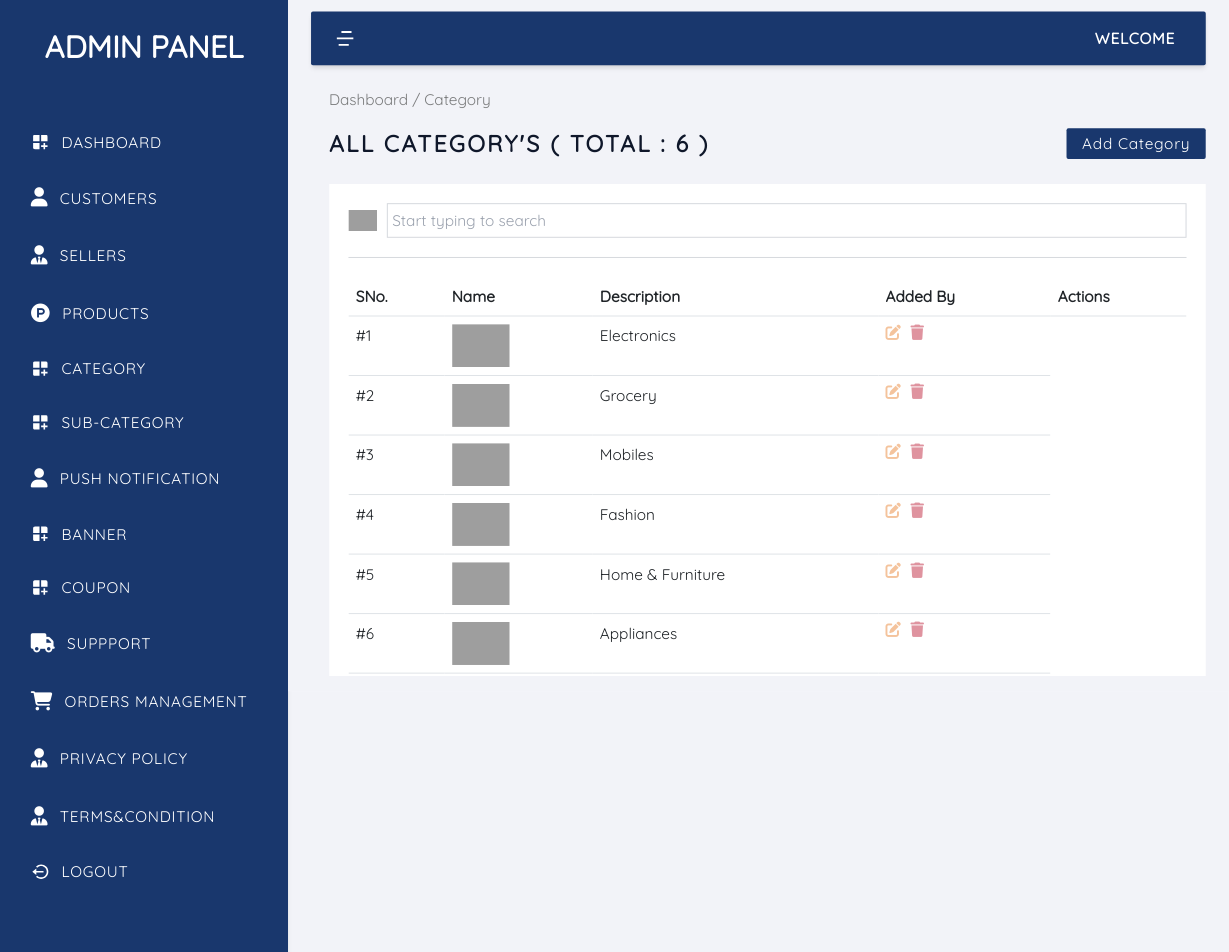
Repository: shishpal2000/admin.aschpro
Page: /Category
These files come from the project's save history. The page is drawn as it stood at one moment and after the next save; the edit follows.
The browser window is 1280 px wide. The pictures show the whole page, at 96% of full size.
Pictures or frames that could not be fetched are drawn as grey boxes. An inner scrolling area shows only its first screen. Some web libraries are served in a nearby version. The project was rebuilt for these pictures with package versions that can differ from the ones it lists, and the page was loaded fresh each time. Also part of the build but not shown: src/E-CommerceAdmin/forms/Login.jsx, src/E-CommerceAdmin/pages/Dashboard.jsx, src/E-CommerceAdmin/pages/EProduct.js, src/E-CommerceAdmin/pages/EVendorList.js, src/E-CommerceAdmin/pages/EAdminOrders.js, src/E-CommerceAdmin/pages/EAdminDelivery.js, src/E-CommerceAdmin/pages/EAdminCustomer.js, src/E-CommerceAdmin/pages/ESubCategory.js and 6 more. Imported but missing from the stored project, and not drawn on this page: src/E-CommerceAdmin/pages/Complaints, src/E-CommerceAdmin/pages/Component/SpinnerComp, src/E-CommerceAdmin/pages/EAdmin, src/E-CommerceAdmin/pages/EAdminProduct, src/E-CommerceAdmin/pages/ESingleProduct, src/E-CommerceAdmin/pages/GetMeThis, src/E-CommerceAdmin/pages/HelpSupport.

Above is the page before, as saved 2023-06-28 16:30:32.

### public/index.html
<!-- @format -->

<!DOCTYPE html>
<html lang="en">
  <head>
    <meta charset="utf-8" />
    <meta name="viewport" content="width=device-width, initial-scale=1" />
    <meta name="theme-color" content="#000000" />
    <meta
      name="description"
      content="Web site created using create-react-app"
    />
    <link rel="icon" href="%PUBLIC_URL%/favicon.png" />
    <link rel="manifest" href="%PUBLIC_URL%/manifest.json" />
    <link rel="preconnect" href="https://fonts.googleapis.com" />
    <link rel="preconnect" href="https://fonts.gstatic.com" crossorigin />
    <link
      href="https://fonts.googleapis.com/css2?family=Roboto+Mono:ital,wght@1,300&display=swap"
      rel="stylesheet"
    />
    <link rel="preconnect" href="https://fonts.googleapis.com">
<link rel="preconnect" href="https://fonts.gstatic.com" crossorigin>
<link href="https://fonts.googleapis.com/css2?family=Quicksand&display=swap" rel="stylesheet">
    <title>Subharambh</title>
  </head>
  <body>
    <noscript>You need to enable JavaScript to run this app.</noscript>
    <div id="root"></div>
    <script src="https://code.jquery.com/jquery-3.6.0.min.js"></script>
    <script
      src="https://kit.fontawesome.com/b533b351e4.js"
      crossorigin="anonymous"
    ></script>
    <script
      type="module"
      src="https://unpkg.com/ionicons@7.1.0/dist/ionicons/ionicons.esm.js"
    ></script>
    <script
      nomodule
      src="https://unpkg.com/ionicons@7.1.0/dist/ionicons/ionicons.js"
    ></script>
  </body>
</html>

### src/E-CommerceAdmin/pages/ECategory.js
/** @format */

import React, { useEffect, useState } from "react";
import HOC from "../layout/HOC";
import {
  Table,
  Modal,
  Form,
  Button,
  FloatingLabel,
  Alert,
} from "react-bootstrap";

const ECategory = () => {
  const [modalShow, setModalShow] = React.useState(false);
  const [edit, setEdit] = useState("");

  const data = [
    {
      img : "https://rukminim1.flixcart.com/flap/128/128/image/69c6589653afdb9a.png?q=100" ,
      name : "Electronics"
    },
    {
      img : "https://rukminim1.flixcart.com/flap/128/128/image/29327f40e9c4d26b.png?q=100" ,
      name : "Grocery"
    },
    {
      img : "https://rukminim1.flixcart.com/flap/128/128/image/22fddf3c7da4c4f4.png?q=100" ,
      name : "Mobiles"
    },
    {
      img : "https://rukminim1.flixcart.com/fk-p-flap/128/128/image/0d75b34f7d8fbcb3.png?q=100" ,
      name : "Fashion"
    },
    {
      img : "https://rukminim1.flixcart.com/flap/128/128/image/ab7e2b022a4587dd.jpg?q=100" ,
      name : "Home & Furniture"
    },
    {
      img : "https://rukminim1.flixcart.com/flap/128/128/image/0ff199d1bd27eb98.png?q=100" ,
      name : "Appliances"
    },
  ]

  // Pagination and Filter
  const [query, setQuery] = useState("");
  const [currentPage2, setCurrentPage2] = useState(1);
  const [postPerPage2] = useState(10);
  const lastPostIndex2 = currentPage2 * postPerPage2;
  const firstPostIndex2 = lastPostIndex2 - postPerPage2;

  let pages2 = [];

  const TotolData = query
    ? data?.filter(
        (i) =>
          i?.name?.toLowerCase().includes(query?.toLowerCase()) ||
          i?.email?.toLowerCase().includes(query?.toLowerCase())
      )
    : data;

  useEffect(() => {
    if (query) {
      setCurrentPage2(1);
    }
  }, [query]);

  const slicedData = TotolData?.slice(firstPostIndex2, lastPostIndex2);

  for (let i = 1; i <= Math.ceil(TotolData?.length / postPerPage2); i++) {
    pages2.push(i);
  }

  function Next() {
    setCurrentPage2(currentPage2 + 1);
  }

  function Prev() {
    if (currentPage2 !== 1) {
      setCurrentPage2(currentPage2 - 1);
    }
  }



  function MyVerticallyCenteredModal(props) {


    return (
      <Modal
        {...props}
        size="lg"
        aria-labelledby="contained-modal-title-vcenter"
        centered
      >
        <Modal.Header closeButton>
          <Modal.Title id="contained-modal-title-vcenter">
            {" "}
            {edit ? "Edit Category" : " Add Category"}
          </Modal.Title>
        </Modal.Header>
        <Modal.Body>

            <Form >
              <Form.Group className="mb-3">
                <Form.Label>Image</Form.Label>
                <Form.Control
                  type="file"
                  required

                />
              </Form.Group>
              <Form.Group className="mb-3">
                <Form.Label>Name</Form.Label>
                <Form.Control
                  type="text"
                  required

                />
              </Form.Group>

              <FloatingLabel
                controlId="floatingTextarea2"
                label="Description"
                className="mb-3"
              >
                <Form.Control
                  as="textarea"

                />
              </FloatingLabel>

              <Button
                style={{ backgroundColor: "#19376d", borderRadius: "0" }}
                type="submit"
              >
                Submit
              </Button>
            </Form>

        </Modal.Body>
      </Modal>
    );
  }

  return (
    <>
      <MyVerticallyCenteredModal
        show={modalShow}
        onHide={() => setModalShow(false)}
      />

      <section>
        <p className="headP">Dashboard / Category</p>
        <div
          className="pb-4   w-full flex justify-between items-center"
          style={{ width: "98%", marginLeft: "2%" }}
        >
          <span
            className="tracking-widest text-slate-900 font-semibold uppercase"
            style={{ fontSize: "1.5rem" }}
          >
            All Category's ( Total : {data?.length} )
          </span>
          <button
            onClick={() => {
              setEdit(false);
              setModalShow(true);
            }}
            className="md:py-2 px-3 md:px-4 py-1 rounded-sm bg-[#19376d] text-white tracking-wider"
          >
            Add Category
          </button>
        </div>

        <section className="sectionCont">
          {data?.length === 0 || !data ? (
            <Alert>Categories Not Found</Alert>
          ) : (
            <>
              <div className="filterBox">
                <img
                  src="https://t4.ftcdn.net/jpg/01/41/97/61/360_F_141976137_kQrdYIvfn3e0RT1EWbZOmQciOKLMgCwG.jpg"
                  alt=""
                />
                <input
                  type="search"
                  placeholder="Start typing to search"
                  onChange={(e) => setQuery(e.target.value)}
                />
              </div>

              <div className="overFlowCont">
                <Table>
                  <thead>
                    <tr>
                      <th>SNo.</th>
                      <th>Name</th>
                      <th>Description</th>
                      <th>Added By</th>
                      <th>Actions</th>
                    </tr>
                  </thead>
                  <tbody>
                    {slicedData?.map((i, index) => (
                      <tr key={index}>
                        <td>#{index + 1} </td>
                        <td>
                         <img src={i.img} alt=''  style={{width : '60px'}} />
                        </td>
                        <td>{i.name} </td>
                        <td>
                          {" "}
                          <span className="flexCont">
                            <i
                              className="fa-solid fa-pen-to-square "
                              onClick={() => {
                                setEdit(true);

                                setModalShow(true);
                              }}
                            ></i>
                            <i
                              className="fa-sharp fa-solid fa-trash"
                            ></i>
                          </span>
                        </td>
                      </tr>
                    ))}
                  </tbody>
                </Table>
                {/* Pagination */}
                <div className="pagination">
                  <button onClick={() => Prev()} className="prevBtn">
                    <i className="fa-solid fa-backward"></i>
                  </button>
                  {currentPage2 === 1 ? (
                    ""
                  ) : (
                    <button onClick={() => setCurrentPage2(1)}>1</button>
                  )}

                  {pages2
                    ?.slice(currentPage2 - 1, currentPage2 + 3)
                    .map((i, index) =>
                      i === pages2?.length ? (
                        ""
                      ) : (
                        <button
                          key={index}
                          onClick={() => setCurrentPage2(i)}
                          className={currentPage2 === i ? "activePage" : ""}
                        >
                          {" "}
                          {i}{" "}
                        </button>
                      )
                    )}

                  <button
                    onClick={() => setCurrentPage2(pages2?.length)}
                    className={
                      currentPage2 === pages2?.length ? "activePage" : ""
                    }
                  >
                    {" "}
                    {pages2?.length}{" "}
                  </button>

                  {currentPage2 === pages2?.length ? (
                    ""
                  ) : (
                    <button onClick={() => Next()} className="nextBtn">
                      {" "}
                      <i className="fa-sharp fa-solid fa-forward"></i>
                    </button>
                  )}
                </div>
              </div>
            </>
          )}
        </section>
      </section>
    </>
  );
};

  export default HOC(ECategory);

### src/E-CommerceAdmin/layout/HOC.jsx
/** @format */

import React, { useState } from "react";
import Navbar from "./Navbar";
import Sidebar from "./Sidebar";

const HOC = (Wcomponenet) => {
  return function Component() {
    const [hamb, setHamb] = useState(false);
    return (
      <>
        <section
          className="flex overflow-x-hidden relative "
          style={{ backgroundColor: "#f2f3f8" }}
        >
          {/* Sidebar */}
          <div
            className={
              hamb
                ? " absolute top-0 z-30 md:w-auto shadow-md bg-slate-200  w-60 transition-all md:-left-full left duration-150  h-auto overflow-y-auto  left-0 "
                : " md:w-72 z-30 bg-slate-200  shadow-md  md:static absolute top-0 -left-full   transition-all duration-150  overflow-y-auto h-auto"
            }
            style={{ minWidth: "300px" }}
          >
            <Sidebar hamb={hamb} setHamb={setHamb} />
          </div>
          {/* Components & Navbar */}
          <div
            className={
              hamb
                ? " transition-all px-4 py-2  duration-150 w-full h-screen"
                : " w-full h-screen  px-4 py-2   z-50 transition-all duration-150 "
            }
            style={{ backgroundColor: "#f2f3f8" }}
          >
            <Navbar hamb={hamb} setHamb={setHamb} />
            <div className="my-6 text-#000 h-[87%] wcomp overflow-y-auto">
              {" "}
              <Wcomponenet />
            </div>
          </div>
        </section>
      </>
    );
  };
};

export default HOC;

### src/E-CommerceAdmin/layout/Navbar.jsx
/** @format */

import { RiMenu4Line } from "react-icons/ri";

const Navbar = ({ hamb, setHamb }) => {
  const AdminName = localStorage.getItem("AdminName")
  return (
    <>
      <div
        className={
          hamb
            ? "flex  w-full justify-between  my-1 rounded-sm  p-4 py-3 shadow-md items-center  bg-slate-200 space-x-4"
            : "flex  w-full justify-between my-1 rounded-sm  p-4 py-3 shadow-md items-center  bg-slate-200 space-x-4"
        }
        style={{ backgroundColor: "#19376d" }}
      >
        <RiMenu4Line
          onClick={() => setHamb(!hamb)}
          className="text-2xl font-bold text-gray-900 hover:scale-90 cursor-pointer"
          style={{ color: "#fff" }}
        />

        <section className="flex sm:ml-auto justify-end sm:w-full items-center space-x-2  pr-2">
          <figcaption className="tracking-wider pl-1 font-semibold">
            <div
              className="lg:text-base text-sm text-gray-900  uppercase"
              style={{ color: "#fff" }}
            >
              Welcome {AdminName}
            </div>
          </figcaption>
        </section>
      </div>
    </>
  );
};

export default Navbar;

### src/E-CommerceAdmin/layout/Sidebar.jsx
/** @format */

import React from "react";
import { RiCloseLine } from "react-icons/ri";
import { Link, useNavigate } from "react-router-dom";
import { BiLogOutCircle } from "react-icons/bi";
import { MdDashboardCustomize } from "react-icons/md";

const Sidebar = ({ hamb, setHamb }) => {
  const navigate = useNavigate();

  const nav = [
    {
      icon: <MdDashboardCustomize className="text-xl mr-3 rounded-full " />,
      link: "/dashboard ",
      name: "Dashboard",
    },

    {
      icon: (
        <i className="fa-solid fa-user text-xl mr-3 rounded-full"></i>
      ),
      link: "/Customer",
      name: "Customers",
    },
    {
      icon: <i className="fa-solid fa-user-tie text-xl mr-3 rounded-full"></i>,
      link: "/VendorList",
      name: "Sellers",
    },
    {
      icon: (
    <i className="fa-brands fa-product-hunt text-xl mr-3 rounded-full"></i>
      ),
      link: "/Product",
      name: "Products",
    },
    {
      icon: <MdDashboardCustomize className="text-xl mr-3 rounded-full " />,
      link: "/Category",
      name: "Category",
    },

    {
      icon: <MdDashboardCustomize className="text-xl mr-3 rounded-full " />,
      link: "/SubCategory",
      name: "Sub-Category",
    },
    {
      icon: <i className="fa-solid fa-user text-xl mr-3 rounded-full"></i>,
      link: "/pushNotification",
      name: "Push Notification",
    },

    {
      icon: <MdDashboardCustomize className="text-xl mr-3 rounded-full " />,
      link: "/banner",
      name: "Banner",
    },
    {
      icon: <MdDashboardCustomize className="text-xl mr-3 rounded-full " />,
      link: "/coupon",
      name: "Coupon",
    },

    {
      icon: <i className="fa-solid fa-truck  text-xl mr-3 rounded-full"></i>,
      link: "/Support",
      name: "Suppport",
    },
    {
      icon: (
        <i className="fa-solid fa-cart-shopping text-xl mr-3 rounded-full"></i>
      ),
      link: "/Orders",
      name: "Orders Management",
    },

    {
      icon: <i className="fa-solid fa-user-tie text-xl mr-3 rounded-full"></i>,
      link: "/privacy",
      name: "Privacy Policy",
    },
    {
      icon: <i className="fa-solid fa-user-tie text-xl mr-3 rounded-full"></i>,
      link: "/terms",
      name: "Terms&Condition",
    }
  ];

  const logOut = () => {
    localStorage.clear()
    navigate("/");
  };

  return (
    <>
      <aside
        className="p-4 h-auto"
        style={{ backgroundColor: "#19376d", minHeight: "100vh" }}
      >
        {/* Top */}
        <div className="w-full md:hidden relative  p-2 mb-4">
          <RiCloseLine
            onClick={() => setHamb(!hamb)}
            className="text-3xl  absolute top-2 sm:hover:rotate-[228deg] transition-transform font-bold right-2 sm:hover:text-[22px] text-[rgb(241,146,46)] cursor-pointer"
          />
        </div>{" "}
        <figure className="flex  flex-col items-center">
          <span
            className="font-bold text-[#fff]"
            style={{
              fontSize: "2rem",
              textAlign: "center",
              textTransform: "uppercase",
            }}
          >
            {" "}
            ADMIN PANEL
          </span>
        </figure>
        <nav className="py-6">
          {nav.map((nav) => {
            return (
              <Link
                to={nav.link}
                key={nav.name}
                className=""
                style={{ textDecoration: "none", textTransform: "uppercase" }}
              >
                <span
                  className="flex my-3 items-center cursor-pointer text-gray-900    tracking-wider p-2 rounded-sm"
                  style={{ color: "#FFF" }}
                >
                  {nav.icon} {nav.name}
                </span>
              </Link>
            );
          })}
          <span
            className="flex my-3 items-center cursor-pointer text-gray-900    tracking-wider p-2 rounded-sm"
            onClick={() => logOut()}
            style={{ color: "#FFF", textTransform: "uppercase" }}
          >
            <BiLogOutCircle className="text-xl mr-3 rounded-full " /> LogOut
          </span>
        </nav>
      </aside>
    </>
  );
};

export default Sidebar;

Loaded but not shown: tailwind.config.js (common file); src/App.js (70 lines, source omitted); src/index.js (15 lines, source omitted); src/index.css (533 lines, source omitted)

After the next save:
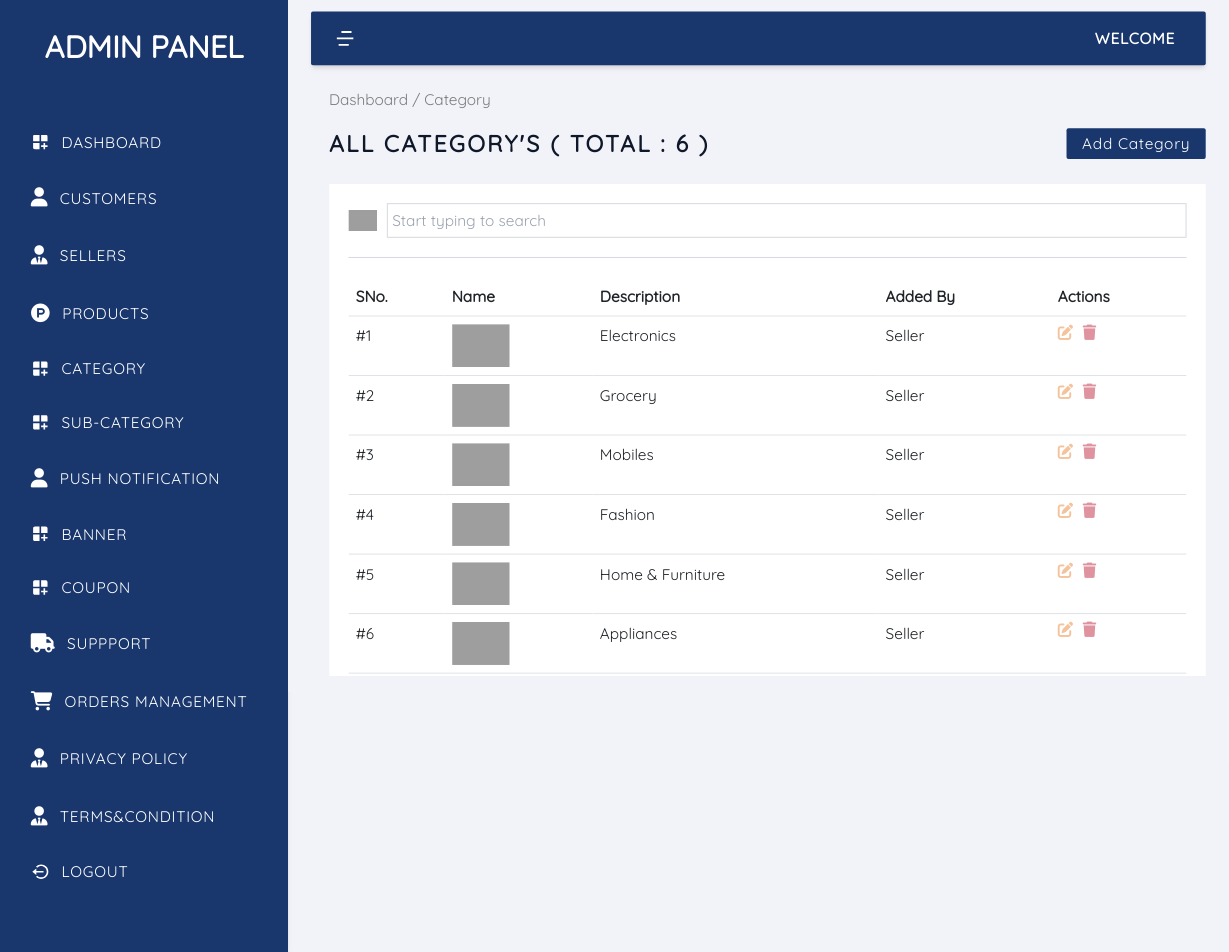
Saved 17 s later.
--- a/src/E-CommerceAdmin/pages/ECategory.js
+++ b/src/E-CommerceAdmin/pages/ECategory.js
@@ -209,6 +209,7 @@
                          <img src={i.img} alt=''  style={{width : '60px'}} />
                         </td>
                         <td>{i.name} </td>
+                        <td> Seller</td>
                         <td>
                           {" "}
                           <span className="flexCont">
